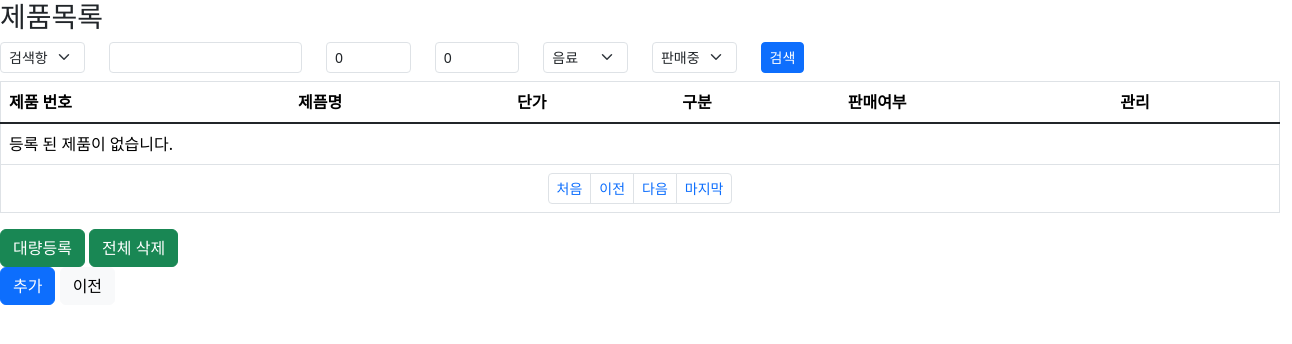
Repository: Hongsomang/spring2
Page: StarCafe/src/main/webapp/resources/view/html/product.html
The author's editor kept a copy of each file at every save. The page is drawn from the files as they stood at one save, then again after the next save.
The browser window is 1280 px wide. The page is 1292 px wide, so the pictures cover 1292 px, including what lies to the right of the window. The pictures show the whole page.
The page's requests for data from a server got no answer.

Above is the page before, as saved 2023-03-16 00:18:33.

### StarCafe/src/main/webapp/resources/view/html/product.html

<!DOCTYPE html>
<html>
<head>
<meta charset="UTF-8">
<meta name="viewport" content="width-drive.width, initial-scale=1.0">
<link href="https://cdn.jsdelivr.net/npm/bootstrap@5.3.0-alpha1/dist/css/bootstrap.min.css" rel="stylesheet" >
<script src="https://cdn.jsdelivr.net/npm/bootstrap@5.3.0-alpha1/dist/js/bootstrap.bundle.min.js" ></script>
<script src="https://cdnjs.cloudflare.com/ajax/libs/jquery/3.6.0/jquery.min.js"></script>
  <script type="text/javascript" src="/resources/js/pager.js"></script>
  <link href="/resources/css/pager.css" rel="stylesheet" type="text/css">
  <!-- ${pageContext.request.contextPath} -->
</head>
<body>
	<div>
		<div>
			<h3>제품목록</h3>
		</div>
		<div>
			<form>
				<div class="row mb-2">
					<div class="col-1">
						<select name="search" class=" form-select-sm form-select">
							<option>검색항목</option>
							<option value="1">제품번호</option>
							<option value="2">제품명</option>
							<option value="3">단가</option>
							<option value="4">구분</option>
							<option value="5">판매여부</option>
						</select>
					</div>
					<div class="col-2" >
						<input name="keyword" type="text" class="form-control  form-control-sm keyword-all keyword-1 keyword-2">
					</div>

					<div class="col-1" >
						<input  name="minPrice" type="number" class="form-control form-control-sm keyword-all keyword-3" placeholder="이전금액" value="0">
					</div>

					<div class="col-1 " >
						<input name="maxPrice" type="number" class="form-control form-control-sm keyword-all keyword-3" placeholder="이후금액" value="0">
					</div>

					<div class="col-1 ">
						<select name="keyword" class=" form-select-sm form-select keyword-all keyword-4" >
							<option value="1">음료</option>
							<option value="2">푸드</option>
							<option value="3">상품</option>
							<option value="4">카드</option>

						</select>
					</div>
					<div class="col-1">
						<select name="keyword" class=" form-select-sm form-select keyword-all keyword-5">
							<option value="0">판매중지</option>
							<option value="1">판매중</option>

						</select>
					</div>
					<div class="col-1">
						<button class="btn btn-sm btn-primary">검색</button>
					</div>
				</div>
			</form>
		</div>
		<div>
			<table border="1" class="table">
				<thead>
					<tr>
						<th scope="col">제품 번호</th>
						<th scope="col">제픔명</th>
						<th scope="col">단가</th>
						<th scope="col">구분</th>
						<th scope="col">판매여부</th>
						<th scope="col">관리</th>
					</tr>
				</thead>

				<tbody id="list" class="table-group-divider">

						<tr id="empty_list" >
							<td colspan="6">등록 된 제품이 없습니다.</td>
						</tr>




				</tbody>
				<tfoot>
					<tr>
						<td colspan="6">
							<ol style="margin: 0"
								class="pagination pagination-sm justify-content-center">
								<li class="page-item page-first"><div class="page-link" >
										처음</div></li>
								<li class="page-item page-prev"><div class="page-link"
								> 이전</div></li>




								<li class="page-item page-next"><div class="page-link"
									> 다음</div></li>
								<li class="page-item page-last"><div class="page-link"
							> 마지막</div></li>
							</ol>
						</td>
					</tr>
				</tfoot>
			</table>
		</div>
		<div>
			<a class="btn btn-success" href="dummy">대량등록</a> <a
				class="btn btn-success" href="init">전체 삭제</a>
		</div>
		<div>
			<a class="btn btn-primary" href="add">추가</a> <a class="btn btn-light"
				href="../">이전</a>
		</div>
	</div>
</body>
</html>

### StarCafe/src/main/webapp/resources/js/pager.js
/**
 *
 */
let pager;

window.onload = ()=>{
    getPage(1);

};
function getPage(page){
    //fetch 를 실행하겠습니다.
    //이주소로 패치를 해라 정상정으로 실행되면 콘솔에 입력이 되어라
    //fetch 는 promise이다.
    fetch(`/api/product?page=${page}`)
    .then(resp => resp.json())
    .then(result =>{
    	//onClickListener 는 새로 생경나는거라서
        document.querySelector(".pagination .page-next").onclick = e =>  getPage(result.pager.next);
        document.querySelector(".pagination .page-prev").onclick = e =>  getPage(result.pager.prev);
        document.querySelector(".pagination .page-last").onclick = e =>  getPage(result.pager.last);
        document.querySelector(".pagination .page-first").onclick = e =>  getPage(1);

        console.log(result.pager.page);
        const tbody=document.querySelector("#list");

        tbody.querySelectorAll(".item").forEach(element =>{
            element.remove();
        });

        if(result.list.length <1){
            document.querySelector("#empty_list").classList.remove("hide");

        }
        else{
            document.querySelector("#empty_list").classList.add("hide");

        }



        result.list.forEach(element => {
            console.log(element);
            const tr=document.createElement("tr");
            tr.classList.add("item");

            const id=document.createElement("td");
            id.textContent=element.id;
            tr.append(id);

            const name=document.createElement("td");
            name.textContent=element.name;
            tr.append(name);


            const price=document.createElement("td");
            price.textContent=element.price+"원";
            tr.append(price);

            const category=document.createElement("td");
            category.textContent=element.category_;
            tr.append(category);

            const status=document.createElement("td");
            status.textContent=element.status_;
            tr.append(status);

            const manage=document.createElement("td");

            const delete_btn=document.createElement("a");
            delete_btn.text="삭제";
            delete_btn.classList.add("btn","btn-danger");
            manage.append(delete_btn);
            const update_btn=document.createElement("a");
            update_btn.text="변경";
            update_btn.classList.add("btn","btn-warning");
            manage.append(update_btn);
            tr.append(manage);


            tbody.append(tr);
        });

    });

    console.log("완료");
}

### StarCafe/src/main/webapp/resources/css/pager.css

.hide{
	display: none;
}

After the next save:
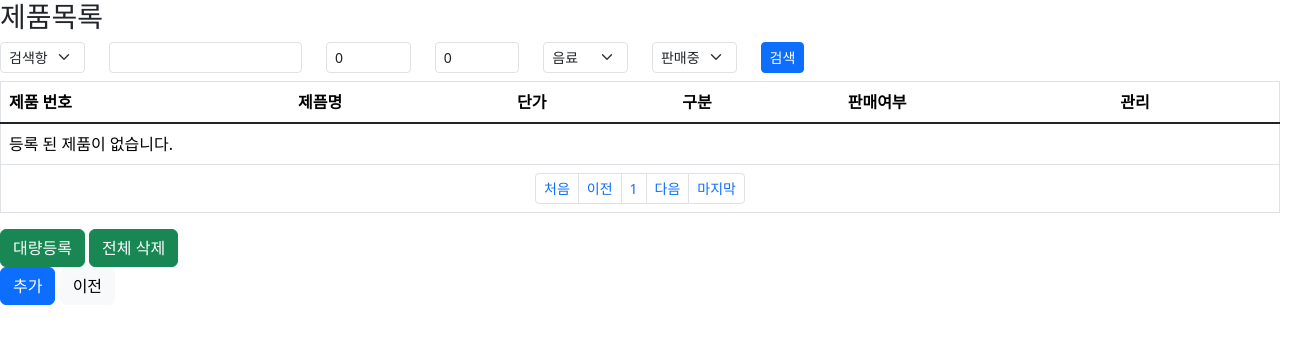
Saved 17 min 48 s later.
--- a/StarCafe/src/main/webapp/resources/view/html/product.html
+++ b/StarCafe/src/main/webapp/resources/view/html/product.html
@@ -96,7 +96,8 @@
 								<li class="page-item page-prev"><div class="page-link"
 								> 이전</div></li>
 
-
+									<li class="page-item page-list "><div
+										class="page-link" >1</div></li>
 
 
 								<li class="page-item page-next"><div class="page-link"
